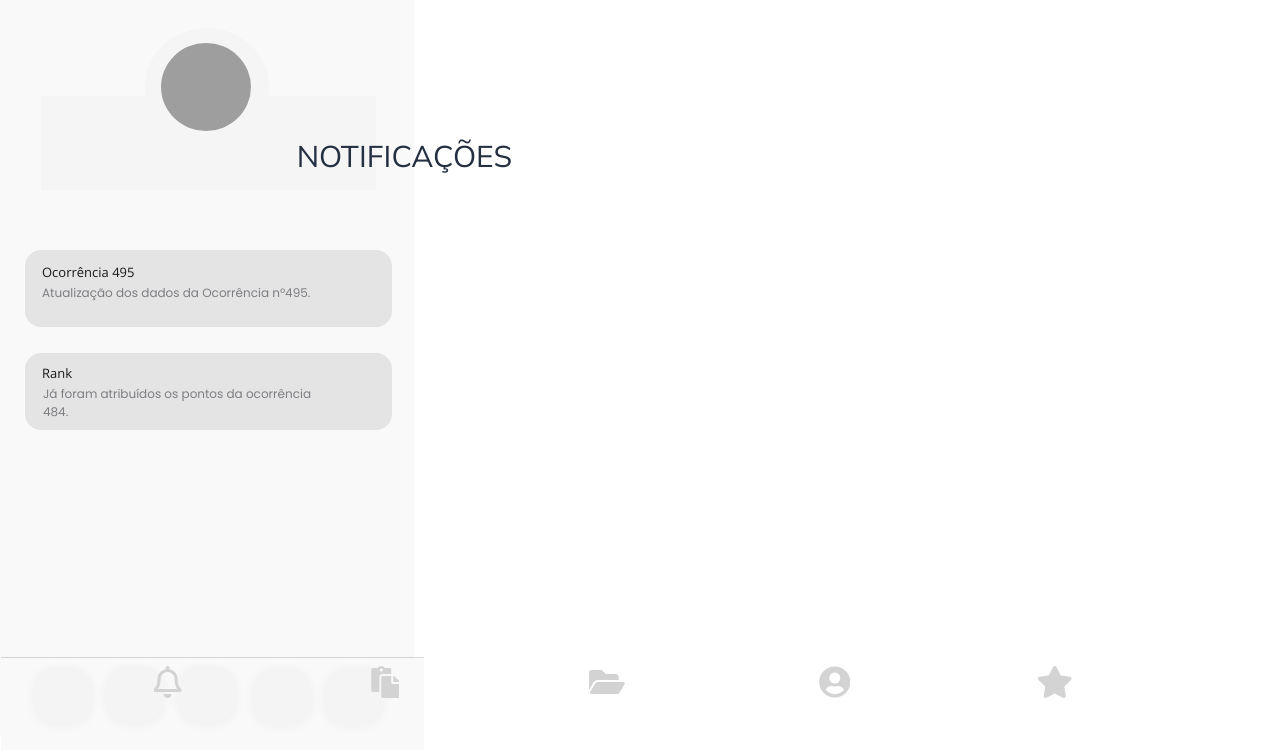
Repository: UnivMinho/D12_frontend
Page: Responsável no Terreno/Front-Office/Notificacoes.html
The author's editor kept a record of every edit. The page is drawn from the files as they stood at one moment, then again after the next edit.
The browser window is 1280 px wide. The pictures show the whole page.
Pictures or frames that could not be fetched are drawn as grey boxes. Some web libraries are served in a nearby version.

Above is the page before.
Console error: TypeError: Cannot set properties of null (setting 'onclick')

### Responsável no Terreno/Front-Office/Notificacoes.html
<!DOCTYPE html>
<html>

<head>
    <meta charset="utf-8">
    <meta name="viewport" content="width=device-width, initial-scale=1, maximum-scale=1, user-scalable=no">
    <link href="https://fonts.googleapis.com/css?family=Mulish&display=swap" rel="stylesheet" />
    <link href="https://fonts.googleapis.com/css?family=Poppins&display=swap" rel="stylesheet" />
    <link href="https://fonts.googleapis.com/css?family=Open+Sans&display=swap" rel="stylesheet" />
    <link href="./Notificacoes.css" rel="stylesheet" />
    <link rel="stylesheet" href="https://pro.fontawesome.com/releases/v5.10.0/css/all.css" integrity="sha384-AYmEC3Yw5cVb3ZcuHtOA93w35dYTsvhLPVnYs9eStHfGJvOvKxVfELGroGkvsg+p" crossorigin="anonymous"/>
    <title>Document</title>
</head>

<body>
    <div class="screen"> <!-- screen-->
        <div class="retangulo1"></div>
        <div class="retangulo2"></div>
        <div class="rectangle"></div> <!-- retângulo-->
        <div class="circle"></div> <!-- circulo-->
        <div class="circleicon"></div> <!-- icon circulo-->
    </div><span class="notifications">NOTIFICAÇÕES</span>
    </div>
    <span class="v165_1104">Já foram atribuídos os pontos da ocorrência 484.</span>
    <span class="v165_1103">Rank</span>
    <span class="v163_914">Ocorrência 495</span>
    <span class="v163_915">Atualização dos dados da Ocorrência nº495. </span>

    <div class="bottombar"></div> <!-- barra inferrior-->
        <div class="firstsquare"></div> <!--primeiro quadrado-->
        <div class="secondsquare"></div> <!--segundo quadrado-->
        <div class="thirdsquare"></div> <!--terceiro quadrado-->
        <div class="fourthsquare"></div> <!--quarto quadrado-->
        <div class="fifthsquare"></div> <!--quinto quadrado-->
        <button id="iconfirstsquareNotificacoes" class="far fa-bell"></button> <!--icon primeiro quadrado-->
        <button id="iconsecondsquareNotificacoes" class="fas fa-paste"></button> <!--icon segundo quadrado-->
        <button id="iconthirdsquareNotificacoes" class="fas fa-folder-open"></button> <!--icon terceiro quadrado-->
        <button id="iconfourthsquareNotificacoes" class="fas fa-user-circle"></button> <!--icon quarto quadrado-->
        <button id="iconfifthsquareNotificacoes" class="fas fa-star"></button> <!--icon quinto quadrado-->
    </div>
    </div>

    <button id="buttonbackRegisto" class="fas fa-chevron-left" onclick="goBack()"></button> <!--botão e icon para voltar para a página anterior-->
    <script type="text/javascript" src="Registo.js"></script>
</body>

</html>

<!-- faltam os retangulos das notificacoes-->

### Responsável no Terreno/Front-Office/Notificacoes.css
* {
  overflow-x: hidden;
  padding: 0px !important;
  margin: 0px !important;
}

.screen {
  width: 414px;
  height: 736px;
  background: rgba(250, 249, 249, 1);
  opacity: 1;
  position: absolute;
  top: 0px;
  left: 0px;
  overflow: hidden;
}

.rectangle {
  width: 335px;
  height: 94px;
  background: rgba(245, 245, 245, 1);
  opacity: 1;
  position: absolute;
  top: 13%;
  left: 10%;
  overflow: hidden;
}

.circle {
  width: 124px;
  height: 117px;
  background: rgba(245, 245, 245, 1);
  opacity: 1;
  position: absolute;
  top: 28px;
  left: 35%;
  border-radius: 50%;
}

.circleicon {
  width: 90px;
  height: 88px;
  background: url(../images/v162_893.png);
  opacity: 1;
  position: absolute;
  top: 43px;
  left: 161px;
  border-radius: 50%;
}

.notifications {
  width: 220px;
  color: rgba(36, 47, 65, 1);
  position: absolute;
  top: 19%;
  left: 23%;
  font-family: Mulish;
  font-weight: Regular;
  font-size: 30px;
  opacity: 1;
  text-align: center;
}

.v165_1104 {
  width: 288px;
  color: rgba(125, 125, 130, 1);
  position: absolute;
  top: 385px;
  left: 43px;
  font-family: Poppins;
  font-weight: Regular;
  font-size: 12px;
  opacity: 1;
  text-align: left;
}

.v165_1103 {
  width: 32px;
  color: rgba(28, 24, 24, 1);
  position: absolute;
  top: 364px;
  left: 42px;
  font-family: Open Sans;
  font-weight: SemiBold;
  font-size: 13px;
  opacity: 1;
  text-align: left;
}

.v163_914 {
  width: 95px;
  color: rgba(28, 24, 24, 1);
  position: absolute;
  top: 263px;
  left: 42px;
  font-family: Open Sans;
  font-weight: SemiBold;
  font-size: 13px;
  opacity: 1;
  text-align: left;
}

.v163_915 {
  width: 288px;
  color: rgba(125, 125, 130, 1);
  position: absolute;
  top: 284px;
  left: 42px;
  font-family: Poppins;
  font-weight: Regular;
  font-size: 12px;
  opacity: 1;
  text-align: left;
}

.bottombar {
  width: 423px;
  height: 92px;
  background: rgba(250, 249, 249, 1);
  opacity: 1;
  position: absolute;
  top: 658px;
  left: 1px;
  box-shadow: 0px -1px 0px rgba(0, 0, 0, 0.15000000596046448);
  overflow: hidden;
}

.firstsquare {
  width: 60px;
  height: 58px;
  background: rgba(244, 244, 244, 1);
  opacity: 1;
  position: absolute;
  top: 667px;
  left: 33px;
  border-top-left-radius: 24px;
  border-top-right-radius: 24px;
  border-bottom-left-radius: 24px;
  border-bottom-right-radius: 24px;
  box-shadow: 0px 1px 12px rgba(0, 0, 0, 0.03999999910593033);
  overflow: hidden;
}

.secondsquare {
  width: 60px;
  height: 58px;
  background: rgba(244, 244, 244, 1);
  opacity: 1;
  position: absolute;
  top: 666px;
  left: 105px;
  border-top-left-radius: 24px;
  border-top-right-radius: 24px;
  border-bottom-left-radius: 24px;
  border-bottom-right-radius: 24px;
  box-shadow: 0px 1px 12px rgba(0, 0, 0, 0.03999999910593033);
  overflow: hidden;
}

.fourthsquare {
  width: 60px;
  height: 58px;
  background: rgba(244, 244, 244, 1);
  opacity: 1;
  position: absolute;
  top: 668px;
  left: 252px;
  border-top-left-radius: 24px;
  border-top-right-radius: 24px;
  border-bottom-left-radius: 24px;
  border-bottom-right-radius: 24px;
  box-shadow: 0px 1px 12px rgba(0, 0, 0, 0.03999999910593033);
  overflow: hidden;
}

.fifthsquare {
  width: 60px;
  height: 58px;
  background: rgba(244, 244, 244, 1);
  opacity: 1;
  position: absolute;
  top: 668px;
  left: 324px;
  border-top-left-radius: 24px;
  border-top-right-radius: 24px;
  border-bottom-left-radius: 24px;
  border-bottom-right-radius: 24px;
  box-shadow: 0px 1px 12px rgba(0, 0, 0, 0.03999999910593033);
  overflow: hidden;
}

.thirdsquare {
  width: 60px;
  height: 58px;
  background: rgba(244, 244, 244, 1);
  opacity: 1;
  position: absolute;
  top: 666px;
  left: 178px;
  border-top-left-radius: 24px;
  border-top-right-radius: 24px;
  border-bottom-left-radius: 24px;
  border-bottom-right-radius: 24px;
  box-shadow: 0px 1px 12px rgba(0, 0, 0, 0.03999999910593033);
  overflow: hidden;
}

.thirdsquare {
  width: 60px;
  height: 58px;
  background: rgba(244, 244, 244, 1);
  opacity: 1;
  position: absolute;
  top: 666px;
  left: 177px;
  border-top-left-radius: 24px;
  border-top-right-radius: 24px;
  border-bottom-left-radius: 24px;
  border-bottom-right-radius: 24px;
  box-shadow: 0px 1px 12px rgba(0, 0, 0, 0.03999999910593033);
  overflow: hidden;
}

#iconfirstsquareNotificacoes {
  top: 92.5%;
  left: 12%;
  border: none;
  position: absolute;
  font-size: xx-large;
  background: none;
  color: lightgray;
}

#iconsecondsquareNotificacoes {
  top: 92.5%;
  left: 29%;
  border: none;
  position: absolute;
  font-size: xx-large;
  background: none;
  color: lightgray;
}

#iconthirdsquareNotificacoes {
  top: 92.5%;
  left: 46%;
  border: none;
  position: absolute;
  font-size: xx-large;
  background: none;
  color: lightgray;
}

#iconfourthsquareNotificacoes {
  top: 92.5%;
  left: 64%;
  border: none;
  position: absolute;
  font-size: xx-large;
  background: none;
  color: lightgray;
}

#iconfifthsquareNotificacoes {
  top: 92.5%;
  left: 81%;
  border: none;
  position: absolute;
  font-size: xx-large;
  background: none;
  color: lightgray;
}

.retangulo1 {
  width: 367px;
  height: 77px;
  background: rgba(228, 228, 228, 97);
  opacity: 1;
  position: absolute;
  top: 34%;
  left: 6%;
  overflow: hidden;
  border-top-left-radius: 16px;
  border-top-right-radius: 16px;
  border-bottom-left-radius: 16px;
  border-bottom-right-radius: 16px;
}

.retangulo2 {
  width: 367px;
  height: 77px;
  background: rgba(228, 228, 228, 97);
  opacity: 1;
  position: absolute;
  top: 48%;
  left: 6%;
  overflow: hidden;
  border-top-left-radius: 16px;
  border-top-right-radius: 16px;
  border-bottom-left-radius: 16px;
  border-bottom-right-radius: 16px;
}

#iconNotifications {
    top: 67px;
    left: 187px;
    border: none;
    position: absolute;
    font-size: xxx-large;
    background: none;
    color: black;
}

#buttonbackNotificacoes {
  position: absolute;
  top: 46px;
  left: 28px;
  border: none;
  font-size: x-large;
  color: lightgray;
  background-color: rgba(250, 249, 249, 1);
}

### Responsável no Terreno/Front-Office/Registo.js
const variavel = document.getElementById("buttonRegistar");
variavel.onclick = enviardados;

const variaveldois = document.getElementById("buttonbackRegisto");
variaveldois.onclick = goBack;

const variaveltres = document.getElementById("buttonLoginRegisto");
variaveltres.onclick = buttonLoginRegisto;

const variavelquatro = document.getElementById("buttonInicioRegisto");
variavelquatro.onclick = buttonInicioRegisto;

const variavelcinco = document.getElementById("buttonClose");
variavelcinco.onclick = buttonClose;

function enviardados() {

    //preenchimento do campo Nome obrigatório
    if (document.getElementById("inputNome").value == "") {
        alert("Preencha o campo Nome!");
        document.getElementById("inputPassword").focus();
    }
    else {

        // //preenchimento do campo Data de Nascimento obrigatório
        // if (document.getElementById("inputDataNascimento").value == "") {
        //     alert("Preencha o campo Data de Nascimento!");
        //     document.getElementById("inputDataNascimento").focus();
        // }
        // else {


            //preenchimento do campo cédula profissional obrigatório
            if (document.getElementById("inputCedulaProfissional").value == "") {
                alert("Preencha o campo Cédula Profissional!");
                document.getElementById("inputCedulaProfissional").focus();
            }
            else {

                //ao preencher o email ter obrigatoriamente "@" e "." (preenchimento obrigatório)
                if (document.getElementById("inputEmail").value == "" ||
                    document.getElementById("inputEmail").value.indexOf('@') == -1 ||
                    document.getElementById("inputEmail").value.indexOf('.') == -1) {
                    alert("Preencha campo email corretamente!");
                    document.getElementById("inputEmail").focus();
                }
                else {

                    //preenchimento da Password, não pode estar vazia (campo obrigatório)
                    if (document.getElementById("inputPasswordRegisto").value == "") {
                        alert("Preencha o campo Password!");
                        document.getElementById("inputPasswordRegisto").focus();
                    }
                    else {

                        //caso as passwords não coincidirem (preenchimento de ambas obrigatórias)
                        if (document.getElementById("inputPasswordRegisto").value != document.getElementById("inputConfirmarPasswordRegisto").value) {
                            alert("As passwords não coincidem!");
                            document.getElementById("inputPasswordRegisto").focus();
                        }
                        else {

                            //preenchimento do campo Telemovel obrigatório
                            if (document.getElementById("inputTelemovel").value == "") {
                                alert("Preencha o campo Telemovel!");
                                document.getElementById("inputTelemovel").focus();
                            }
                            else {
                                document.getElementById("bgmodalRegisto").className = "bgmodal"; //Apaarecer o aviso
                            }
                        }
                    }
                }
            }
        }
    // }
}

function goBack() { //voltar para a página anterior
    window.history.back()
}

function buttonLoginRegisto() {
    window.location.href = "Login.html" //ao carregar no botão vai para a página "Login.html"
}

function buttonInicioRegisto() {
    window.location.href = "Inicio.html" //ao carregar no botão vai para a página "Inicio.html"
}

function buttonClose() {
    document.getElementById("bgmodalRegisto").className = "hidden" //carregar no X e fechar o aviso
}


let pswd = false;

function showPswd() {
    if (pswd) {
        document.getElementById("inputPasswordRegisto").setAttribute("type", "password");
        pswd = false;
    }
    else {
        document.getElementById("inputPasswordRegisto").setAttribute("type", "text");
        pswd = true;
    }
}


let password = false;

function showPassword() {
    if (pswd) {
        document.getElementById("inputConfirmarPasswordRegisto").setAttribute("type", "password");
        pswd = false;
    }
    else {
        document.getElementById("inputConfirmarPasswordRegisto").setAttribute("type", "text");
        pswd = true;
    }
}

After the next edit:
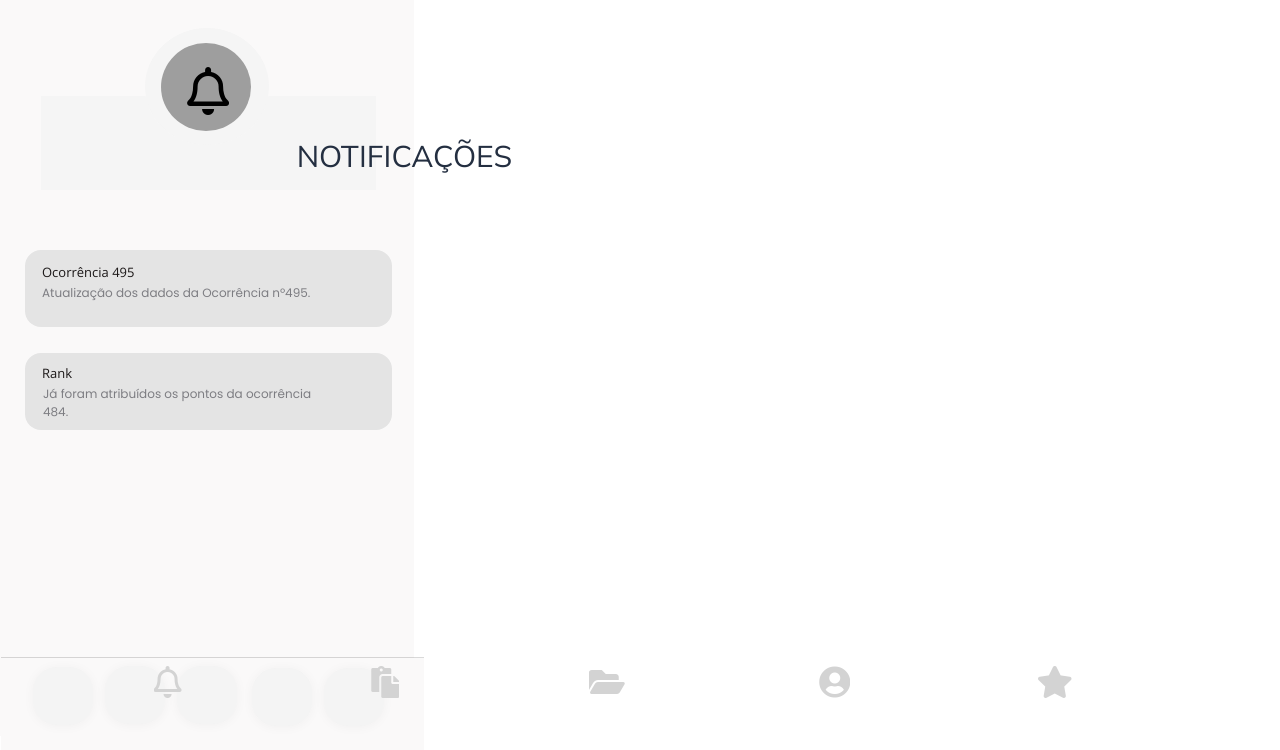
The edit:
--- a/Responsável no Terreno/Front-Office/Notificacoes.html
+++ b/Responsável no Terreno/Front-Office/Notificacoes.html
@@ -38,6 +38,7 @@
         <button id="iconfourthsquareNotificacoes" class="fas fa-user-circle"></button> <!--icon quarto quadrado-->
         <button id="iconfifthsquareNotificacoes" class="fas fa-star"></button> <!--icon quinto quadrado-->
     </div>
+    <i id="iconNotifications" class="far fa-bell"></i>
     </div>
 
     <button id="buttonbackRegisto" class="fas fa-chevron-left" onclick="goBack()"></button> <!--botão e icon para voltar para a página anterior-->
